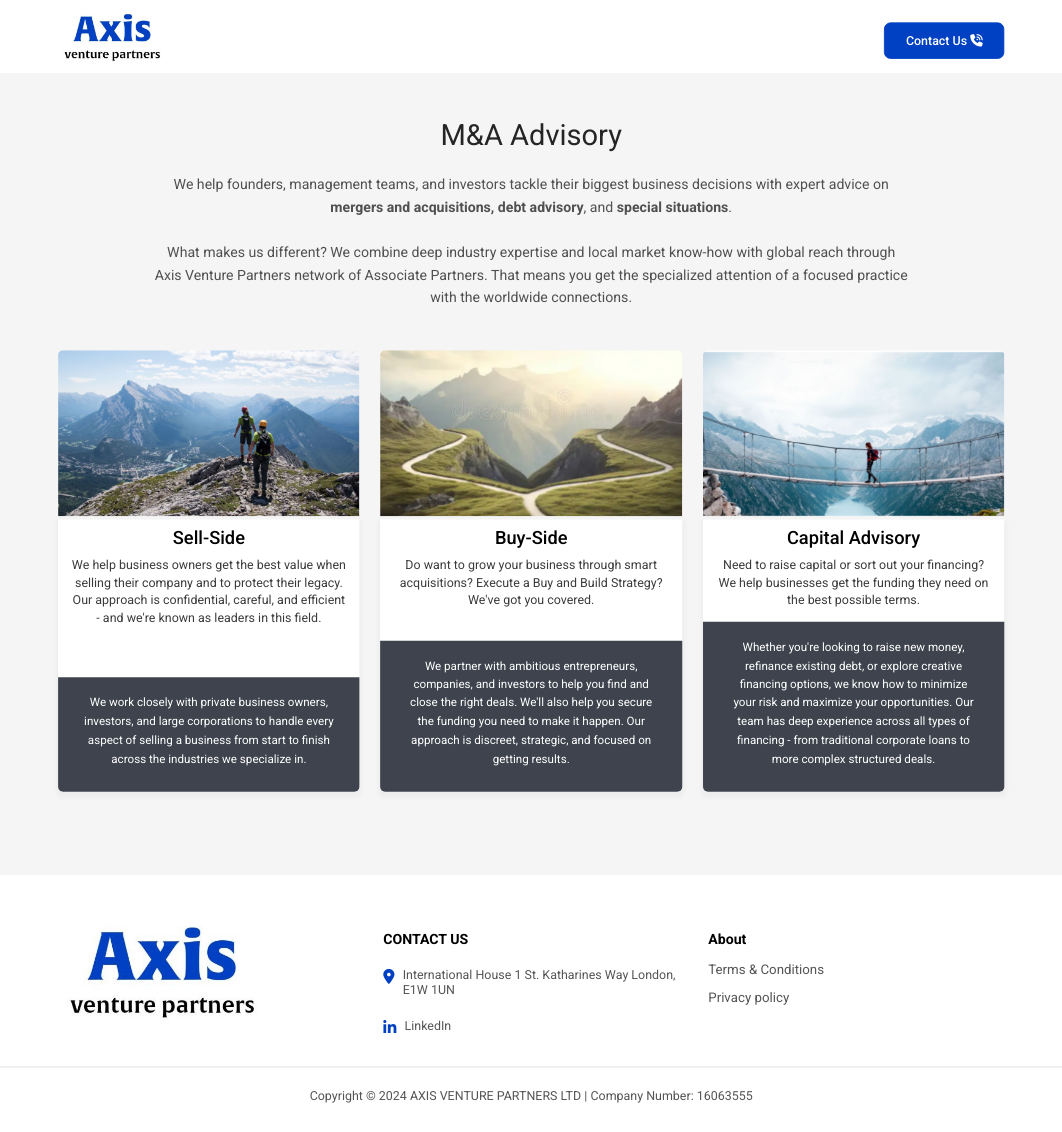
Repository: uchasowa/axisventures
Page: ma-advisory.html
These files come from the project's save history. The page is drawn as it stood at one moment and after the next save; the edit follows.
The browser window is 1280 px wide. The pictures show the whole page, at 83% of full size.
Some web libraries are served in a nearby version.

Above is the page before, as saved 2025-07-04 20:06:26.

After the next save:
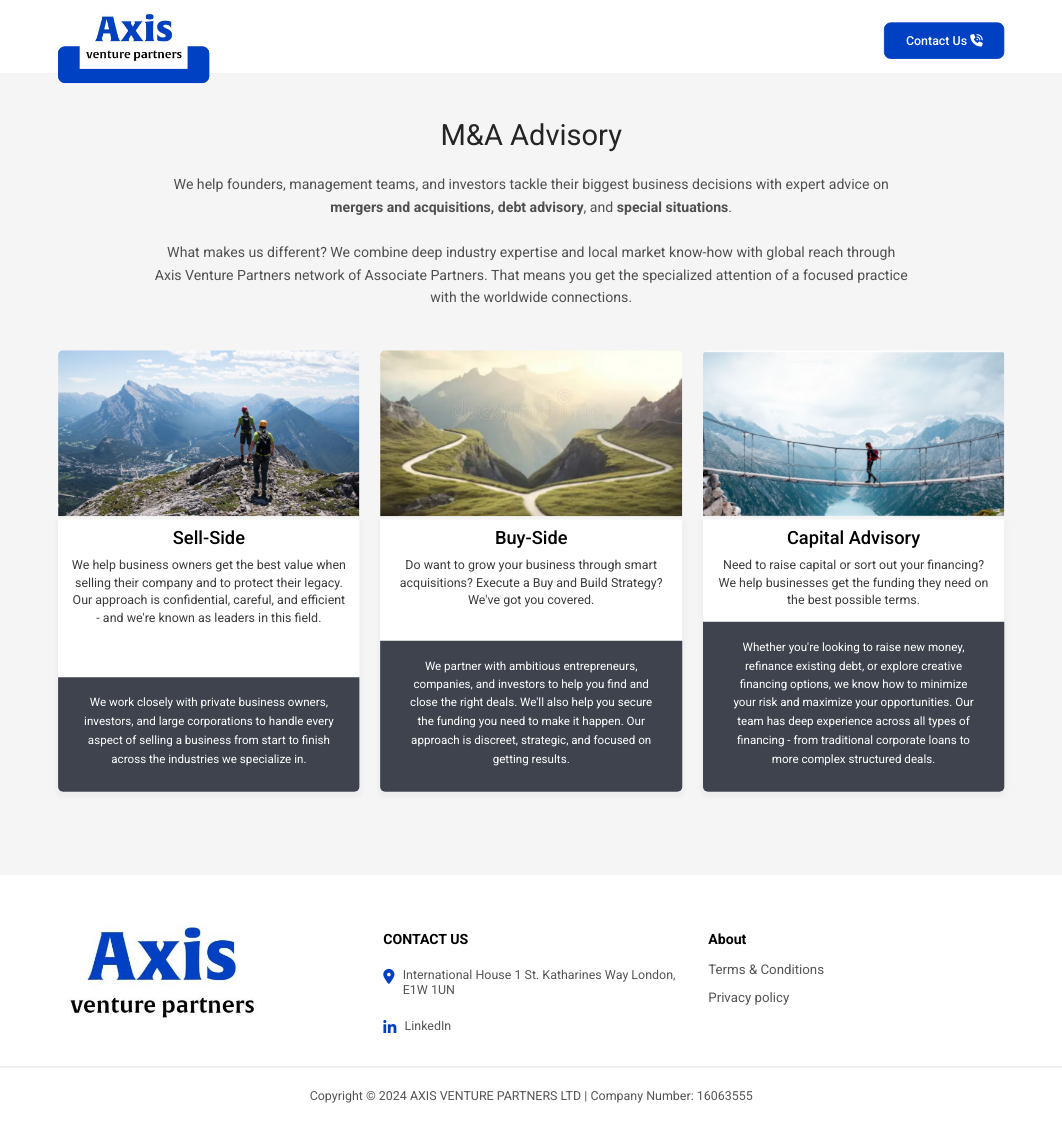
Saved 8 s later.
--- a/ma-advisory.html
+++ b/ma-advisory.html
@@ -13,7 +13,9 @@
     <header>
         <div class="container">
             <div class="logo">
-                <img src="./assets/logo.jpeg" alt="Axis Venture Partners Logo">
+                <a href="index.html">
+                    <img src="./assets/logo.jpeg" alt="Axis Venture Partners Logo">
+                </a>
             </div>
             <a href="https://2f7evz.share-eu1.hsforms.com/2scI3GD3BTHCDbXn-jbSilg" aria-label="Contact Us">
                 <span>Contact Us</span>
